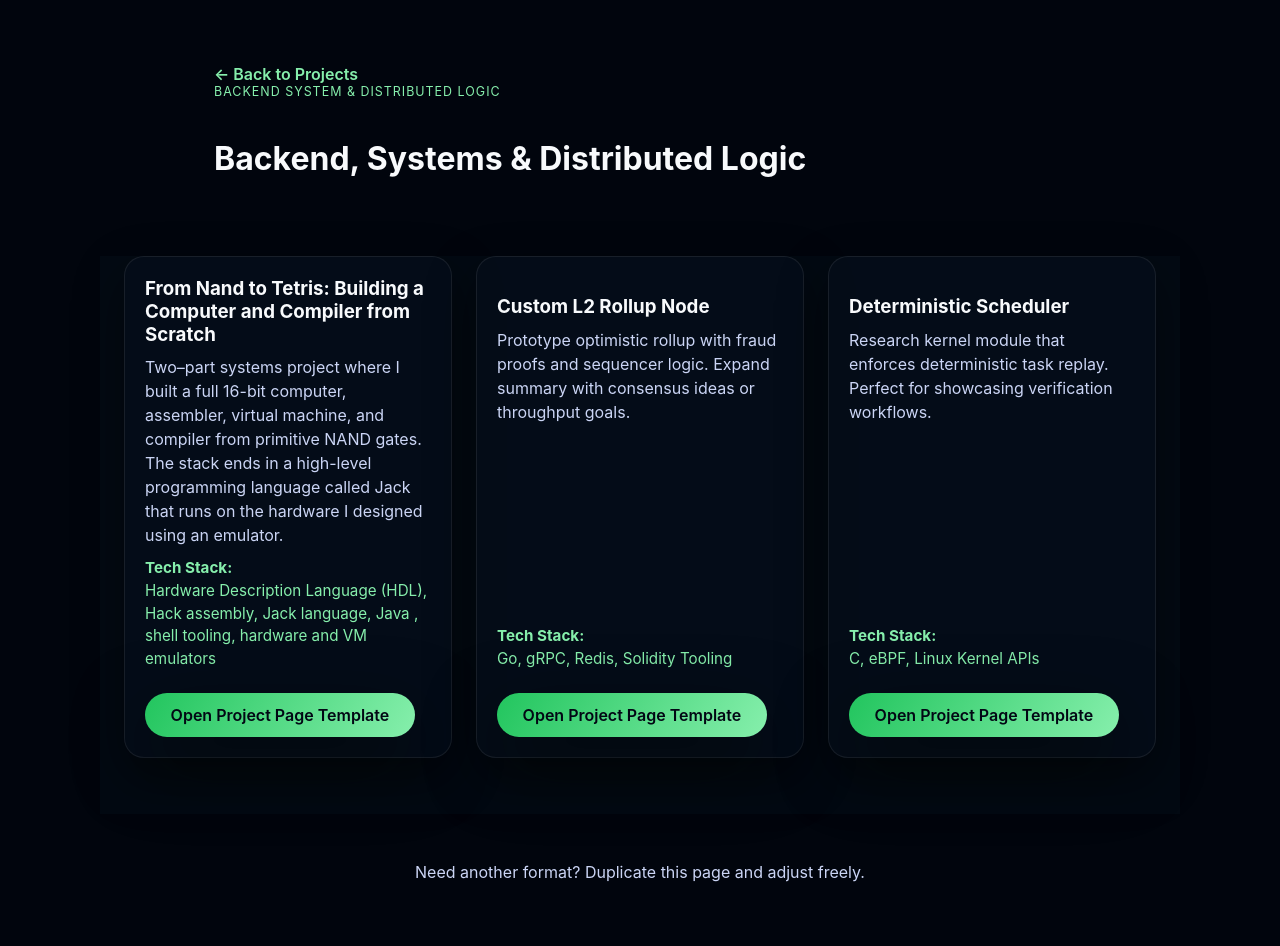
Repository: Abdulaziz-04/Abdulaziz-04.github.io
Page: projects/backend_systems.html
These files come from the project's save history. The page is drawn as it stood at one moment and after the next save; the edit follows.
The browser window is 1280 px wide. The pictures show the whole page.

Above is the page before, as saved 2025-11-20 22:15:22.

### projects/backend_systems.html
<!DOCTYPE html>
<html lang="en">
  <head>
    <meta charset="UTF-8" />
    <meta name="viewport" content="width=device-width, initial-scale=1" />
    <title>Backend, Systems &amp; Distributed Logic | Projects</title>
    <link rel="stylesheet" href="../assets/css/styles.css" />
  </head>
  <body class="category-page">
    <header class="category-hero">
      <a class="category-back" href="../index.html#projects"
        >&larr; Back to Projects</a
      >
      <a class="category-pill" href="../index.html#projects"
        >Backend System &amp; Distributed Logic</a
      >
      <br />
      <h1>Backend, Systems &amp; Distributed Logic</h1>
    </header>
    <main class="section category-section">
      <div class="project-modal-grid">
        <article class="project-modal-card">
          <div class="project-modal__body">
            <h3>
              From Nand to Tetris: Building a Computer and Compiler from Scratch
            </h3>
            <p class="project-modal__summary">
              Two–part systems project where I built a full 16-bit computer,
              assembler, virtual machine, and compiler from primitive NAND
              gates. The stack ends in a high-level programming language called
              Jack that runs on the hardware I designed using an emulator.
            </p>
            <p class="project-modal__tech">
              <strong>Tech Stack:</strong>
              Hardware Description Language (HDL), Hack assembly, Jack language,
              Java , shell tooling, hardware and VM emulators
            </p>
            <div class="project-modal__actions">
              <a
                class="btn primary"
                href="../deepdives/backend_systems/nand2tetris/nand2tetris.html"
                >Open Project Page Template</a
              >
            </div>
          </div>
        </article>

        <article class="project-modal-card">
          <div class="project-modal__body">
            <h3>Custom L2 Rollup Node</h3>
            <p class="project-modal__summary">
              Prototype optimistic rollup with fraud proofs and sequencer logic.
              Expand summary with consensus ideas or throughput goals.
            </p>
            <p class="project-modal__tech">
              <strong>Tech Stack:</strong> Go, gRPC, Redis, Solidity Tooling
            </p>
            <div class="project-modal__actions">
              <a class="btn primary" href="project-template.html"
                >Open Project Page Template</a
              >
            </div>
          </div>
        </article>

        <article class="project-modal-card">
          <div class="project-modal__body">
            <h3>Deterministic Scheduler</h3>
            <p class="project-modal__summary">
              Research kernel module that enforces deterministic task replay.
              Perfect for showcasing verification workflows.
            </p>
            <p class="project-modal__tech">
              <strong>Tech Stack:</strong> C, eBPF, Linux Kernel APIs
            </p>
            <div class="project-modal__actions">
              <a class="btn primary" href="project-template.html"
                >Open Project Page Template</a
              >
            </div>
          </div>
        </article>
      </div>
    </main>
    <footer class="category-footer">
      <p>Need another format? Duplicate this page and adjust freely.</p>
    </footer>
  </body>
</html>

### assets/css/styles.css
:root {
  --bg: #030a13;
  --bg-alt: #050f1f;
  --panel: #071425;
  --panel-soft: rgba(34, 197, 94, 0.08);
  --accent: #22c55e;
  --accent-strong: #86efac;
  --text: #f8fafc;
  --muted: #cbd5f5;
  --border: rgba(255, 255, 255, 0.08);
  --radius: 18px;
  --shadow: 0 25px 70px rgba(1, 8, 4, 0.55);
}

* {
  box-sizing: border-box;
}

body {
  margin: 0;
  min-height: 100vh;
  font-family: "Inter", "Segoe UI", system-ui, -apple-system, BlinkMacSystemFont,
    sans-serif;
  color: var(--text);
  background: radial-gradient(circle at 15% 35%, rgba(34, 197, 94, 0.15), transparent 45%),
    radial-gradient(circle at 80% 0%, rgba(134, 239, 172, 0.2), transparent 35%),
    #020718;
  scroll-behavior: smooth;
  padding-top: 0;
}

.modal-open {
  overflow: hidden;
}

main {
  background: var(--bg);
}

.section {
  max-width: 1080px;
  margin: 0 auto;
  padding: 3.5rem 1.5rem;
}

.site-header {
  margin: 0;
  padding: clamp(4rem, 12vw, 6rem) clamp(1.5rem, 6vw, 4rem) 3.5rem;
  background: linear-gradient(135deg, rgba(5, 18, 12, 0.9), rgba(3, 10, 19, 0.85)),
    radial-gradient(circle at top left, rgba(34, 197, 94, 0.25), transparent 55%);
  box-shadow: inset 0 1px 0 rgba(255, 255, 255, 0.05);
  min-height: 85vh;
  display: flex;
  align-items: center;
}

.hero-header {
  margin-top: 0;
  padding-top: clamp(4.5rem, 12vw, 7rem);
}

.top-nav {
  position: fixed;
  top: 0;
  left: 0;
  width: 100%;
  padding: 0.75rem clamp(1.25rem, 6vw, 4rem);
  background: rgba(4, 9, 20, 0.95);
  border-bottom: 1px solid rgba(255, 255, 255, 0.05);
  backdrop-filter: blur(14px);
  display: flex;
  align-items: center;
  justify-content: space-between;
  gap: 1rem;
  z-index: 50;
}

.top-nav__brand {
  font-size: 0.85rem;
  letter-spacing: 0.3em;
  text-transform: uppercase;
  color: var(--muted);
}

.top-nav__links {
  display: flex;
  align-items: center;
  gap: 0.9rem;
  flex-wrap: wrap;
}

.nav-link {
  text-decoration: none;
  color: var(--muted);
  font-weight: 600;
  letter-spacing: 0.08em;
  text-transform: uppercase;
  padding: 0.4rem 0.85rem;
  border-radius: 999px;
  transition: color 0.2s ease, background 0.2s ease;
}

.nav-link:hover {
  color: var(--text);
}

.nav-link.active {
  background: var(--accent);
  color: #03140c;
}

.hire-btn {
  cursor: pointer;
  background: var(--accent);
  color: black;
  padding: 0.95rem 2.4rem;
  font-size: 1.1rem;
  font-weight: 700;
  border: none;
  border-radius: 999px;
  box-shadow: 0 12px 28px rgba(34, 197, 94, 0.35);
}

.hero-grid {
  display: grid;
  grid-template-columns: minmax(0, 1.4fr) minmax(220px, 320px);
  gap: clamp(2rem, 4vw, 3.5rem);
  width: 100%;
  align-items: start;
}

.hero-text h1 {
  font-size: clamp(2.5rem, 5vw, 3.8rem);
  margin: 0.2rem 0 0.8rem;
}

.hero-lede {
  color: var(--muted);
  font-size: 1.05rem;
  max-width: 560px;
  line-height: 1.6;
}

.eyebrow {
  text-transform: uppercase;
  color: var(--accent-strong);
}

.hero-summary {
  margin: 1.5rem 0 1.75rem;
  color: var(--muted);
}

.summary-list {
  font-size: large;
  margin: 0;
  padding-left: 1.5rem;
}

.summary-list li {
  margin-bottom: 0.55rem;
  line-height: 1.5;
}

.hero-actions {
  display: flex;
  flex-wrap: wrap;
  gap: 1rem;
  width: 100%;
}

.hero-actions .hire-btn {
  padding: 1.1rem 2.8rem;
  font-size: 1.2rem;
}

.btn {
  display: inline-flex;
  align-items: center;
  justify-content: center;
  gap: 0.4rem;
  padding: 0.75rem 1.6rem;
  border-radius: 999px;
  text-decoration: none;
  font-weight: 600;
  transition: transform 0.2s ease, box-shadow 0.2s ease;
}

.btn.primary {
  background: linear-gradient(120deg, var(--accent), var(--accent-strong));
  color: #020714;
  box-shadow: var(--shadow);
}

.btn.secondary {
  border: 1px solid var(--accent);
  color: var(--accent-strong);
}

.btn:hover {
  transform: translateY(-2px);
}

.hero-photo {
  justify-self: center;
}

.hero-photo img {
  width: clamp(220px, 18vw, 280px);
  border-radius: 28px;
  border: 1px solid rgba(134, 239, 172, 0.2);
  box-shadow: 0 20px 60px rgba(0, 0, 0, 0.6);
  filter: saturate(1.05);
}

.section h2 {
  margin-top: 0;
  font-size: 2rem;
}

.experience-grid {
  display: grid;
  grid-template-columns: repeat(auto-fit, minmax(300px, 1fr));
  gap: 1.75rem;
}

.experience-title {
  display: flex;
  justify-content: space-between;
  align-items: center;
  gap: 1rem;
  font-size: 1.2rem;
}

.experience-title .role {
  color: var(--text); /* default text color */
  font-weight: 600;
}

.experience-title .org {
  color:#6DF9C9;
  white-space: nowrap;
}

.experience-card,
.project-card {
  background: linear-gradient(145deg, var(--panel), rgba(6, 14, 18, 0.9));
  border-radius: var(--radius);
  border: 1px solid var(--border);
  padding: 1.75rem;
  box-shadow: var(--shadow);
}

.timeline {
  border-left: 2px solid var(--border);
  margin-top: 1.25rem;
}

.timeline-item {
  padding-left: 1.75rem;
  margin-bottom: 1.75rem;
  position: relative;
}

.timeline-header {
  display: flex;
  justify-content: space-between;
  align-items: baseline;
  gap: 1rem;
}

.timeline-header h3 {
  margin: 0;
}

.education-title {
  display: flex;
  justify-content: space-between;
  gap: 0.75rem;
  align-items: baseline;
  flex-wrap: wrap;
}

.edu-gpa {
  color: var(--accent-strong);
  white-space: nowrap;
  font-size: 0.95rem;
}





.hire-modal {
  position: fixed;
  inset: 0;
  background: rgba(5, 9, 18, 0.8);
  display: flex;
  justify-content: center;
  align-items: center;
  z-index: 100;
}

.hire-modal[hidden] {
  display: none;
}

.hire-modal__panel {
  background: #050b16;
  border: 1px solid rgba(255, 255, 255, 0.08);
  border-radius: 22px;
  padding: 1.75rem;
  width: min(90%, 420px);
  box-shadow: 0 30px 80px rgba(0, 0, 0, 0.55);
  position: relative;
  color: var(--text);
}

.hire-modal__panel p {
  color: var(--muted);
}

.hire-modal__close {
  position: absolute;
  top: 0.5rem;
  right: 0.75rem;
  background: var(--accent);
  color: #02120b;
  border: none;
  font-size: 1.35rem;
  font-weight: 700;
  cursor: pointer;
  width: 2.25rem;
  height: 2.25rem;
  border-radius: 999px;
  display: inline-flex;
  align-items: center;
  justify-content: center;
  line-height: 1;
}

.hire-options {
  display: flex;
  flex-direction: column;
  gap: 0.75rem;
  margin-top: 1rem;
}

.hire-option {
  display: flex;
  justify-content: space-between;
  align-items: center;
  padding: 0.85rem 1rem;
  border-radius: 1rem;
  text-decoration: none;
  color: var(--text);
  border: 1px solid rgba(255, 255, 255, 0.08);
  background: rgba(255, 255, 255, 0.02);
  transition: background 0.2s ease, transform 0.2s ease;
}

.hire-option:hover {
  background: rgba(34, 197, 94, 0.18);
  transform: translateY(-2px);
}

.hire-option small {
  color: var(--muted);
  letter-spacing: 0.04em;
}

.hire-modal__action {
  margin-top: 1.5rem;
  width: 100%;
  text-align: center;
}

.timeline-item::before {
  content: "";
  width: 11px;
  height: 11px;
  border-radius: 999px;
  background: var(--accent);
  box-shadow: 0 0 16px rgba(34, 197, 94, 0.8);
  position: absolute;
  left: -6px;
  top: 4px;
}

.timeline-date {
  font-size: 0.85rem;
  letter-spacing: 0.1em;
  text-transform: uppercase;
  color: var(--muted);
}

.course-dropdown {
  margin-top: 1.5rem;
}

.course-toggle {
  width: 100%;
  background: transparent;
  border: 1px solid rgba(255, 255, 255, 0.08);
  border-radius: var(--radius);
  padding: 0.75rem 1.1rem;
  color: var(--text);
  font: inherit;
  font-weight: 600;
  letter-spacing: 0.04em;
  display: flex;
  justify-content: space-between;
  align-items: center;
  cursor: pointer;
  transition: border-color 0.2s ease, transform 0.2s ease, box-shadow 0.2s ease;
}

.course-toggle:hover {
  border-color: rgba(134, 239, 172, 0.7);
  box-shadow: 0 0 20px rgba(34, 197, 94, 0.25);
  transform: translateY(-1px);
}

.course-toggle__icon {
  font-size: 1.1rem;
  line-height: 1;
  transition: transform 0.25s ease;
}

.course-toggle[aria-expanded='true'] .course-toggle__icon {
  transform: rotate(45deg);
}

.course-panel {
  margin-top: 1rem;
  border-left: 2px solid rgba(134, 239, 172, 0.3);
  padding-left: 1.25rem;
}

.course-panel[hidden] {
  display: none;
}

.course-panel__body h4 {
  margin-top: 1rem;
  margin-bottom: 0.5rem;
}

.certifications-list {
  display: grid;
  gap: 1rem;
  margin-top: 1rem;
}

#certifications {
  scroll-margin-top: 140px;
}

.cert-list {
  list-style: none;
  padding: 0;
  margin: 0;
  display: flex;
  flex-direction: column;
  gap: 0.75rem;
}

.cert-title {
  font-weight: 700;
}

.cert-meta {
  font-size: 0.95rem;
  color: var(--muted);
}

.loading-text,
.loading-error {
  color: var(--muted);
  font-style: italic;
}

.loading-error {
  color: #fda4af;
}

.project-card--featured {
  display: flex;
  flex-wrap: wrap;
  gap: 1.5rem;
}

.project-media img {
  max-width: 280px;
  border-radius: var(--radius);
  border: 1px solid rgba(34, 197, 94, 0.3);
}

.project-grid {
  display: grid;
  grid-template-columns: repeat(auto-fit, minmax(240px, 1fr));
  gap: 1.25rem;
  margin-top: 1rem;
}

.projects-overview .projects-lede {
  color: var(--muted);
  max-width: 760px;
  margin-bottom: 2rem;
}

.project-category-grid {
  display: grid;
  grid-template-columns: repeat(auto-fit, minmax(260px, 1fr));
  gap: 1.5rem;
  margin-top: 2rem;
}

.project-category-card {
  border: 1px solid var(--border);
  border-radius: var(--radius);
  padding: 1.75rem;
  background: rgba(7, 19, 33, 0.85);
  display: flex;
  flex-direction: column;
  gap: 0.75rem;
  box-shadow: 0 15px 40px rgba(0, 0, 0, 0.35);
  min-height: 260px;
}

.category-pill {
  text-transform: uppercase;
  letter-spacing: 0.08em;
  font-size: 0.78rem;
  color: var(--accent-strong);
  margin: 0;
  display: block;
  min-height: 2.2em;
  text-decoration: none;
  cursor: pointer;
}

.project-category-card h3 {
  margin: 0;
  line-height: 1.35;
  min-height: 3.2em;
}

.project-category-card > p:not(.category-pill) {
  margin: 0;
  line-height: 1.5;
  min-height: 4.4em;
}

.category-link {
  align-self: flex-start;
  margin-top: auto;
}

.category-page {
  background: #01050d;
  color: var(--text);
  min-height: 100vh;
  margin: 0;
}

.category-hero {
  max-width: 900px;
  margin: 0 auto;
  padding: 4rem 1.5rem 2rem;
  text-align: left;
}

.category-hero h1 {
  margin-top: 0.5rem;
}

.category-back {
  text-decoration: none;
  color: var(--accent-strong);
  font-weight: 600;
}

.category-section {
  padding-top: 0;
}

.category-description {
  color: var(--muted);
  max-width: 720px;
}

.project-modal-grid {
  display: grid;
  grid-template-columns: repeat(auto-fit, minmax(280px, 1fr));
  gap: 1.5rem;
  margin-top: 1.5rem;
  align-items: stretch;
  grid-auto-rows: 1fr;
}

.project-modal-card {
  border: 1px solid rgba(255, 255, 255, 0.08);
  border-radius: 20px;
  padding: 1.25rem;
  background: rgba(5, 13, 25, 0.95);
  display: flex;
  flex-direction: column;
  gap: 1rem;
  box-shadow: 0 20px 50px rgba(0, 0, 0, 0.45);
  height: 100%;
}

.project-modal__body {
  display: grid;
  grid-template-rows: auto 1fr auto auto;
  gap: 0.6rem;
  height: 100%;
}

.project-modal-card h3 {
  margin: 0;
  min-height: 2.6rem;
  display: flex;
  align-items: flex-end;
}

.project-modal__body h3,
.project-modal__body p {
  margin: 0;
}

.project-modal__summary {
  color: var(--muted);
  line-height: 1.5;
  min-height: 0;
}

.project-modal__tech {
  font-size: 0.95rem;
  color: var(--accent-strong);
  min-height: 2.4rem;
  line-height: 1.5;
}

.project-modal__tech strong,
.project-modal__tech b {
  display: block;
}

.project-modal__actions {
  display: flex;
  gap: 0.75rem;
  flex-wrap: wrap;
  margin-top: auto;
  padding-top: 0.75rem;
}

.category-footer {
  text-align: center;
  color: var(--muted);
  padding: 2rem 1rem 3rem;
}

.project-detail-page {
  background: #01050d;
  color: var(--text);
  margin: 0;
}

.detail-hero {
  max-width: 960px;
  margin: 0 auto;
  padding: 4rem 1.5rem 2rem;
}

.detail-summary {
  color: var(--muted);
  font-size: 1.1rem;
}

.detail-meta {
  list-style: none;
  padding: 0;
  margin: 1.5rem 0 0;
  display: flex;
  flex-wrap: wrap;
  gap: 1rem 2rem;
  color: var(--accent-strong);
}

.detail-content {
  padding-top: 0;
}

.home-page p,
.home-page li,
.home-page .course-panel__body {
  text-align: justify;
}

.home-page .projects-overview p,
.home-page .project-category-card p {
  text-align: left;
}

.project-detail-page p,
.project-detail-page li {
  text-align: justify;
}

.detail-section {
  margin-bottom: 2.5rem;
}

.detail-gallery {
  display: flex;
  flex-direction: column;
  gap: 1.5rem;
}

.detail-gallery .gallery-row {
  display: flex;
  flex-direction: column;
  gap: 1.75rem;
  align-items: center;
}

.detail-gallery .gallery-row--two {
  width: 100%;
  display: grid;
  grid-template-columns: repeat(auto-fit, minmax(280px, 1fr));
  gap: 1.25rem;
  align-items: start;
}

.detail-gallery .gallery-item {
  flex: 0 0 auto;
  max-width: 880px;
  margin: 0 auto;
  text-align: center;
}

.detail-gallery .gallery-item figcaption {
  text-align: center;
}

.detail-gallery .gallery-item img {
  display: block;
  width: 100%;
  height: auto;
  border-radius: 12px;
  border: 1px solid rgba(255, 255, 255, 0.08);
  margin: 0 auto;
  transform: none;
}

.detail-video {
  display: block;
  width: 100%;
  max-width: 720px;
  height: auto;
  margin: 0 auto;
  border-radius: 12px;
  border: 1px solid rgba(255, 255, 255, 0.08);
  background: #000;
}

.detail-gallery__grid {
  display: grid;
  grid-template-columns: repeat(auto-fit, minmax(240px, 1fr));
  gap: 1.25rem;
}

.detail-gallery__grid img {
  width: 100%;
  border-radius: 14px;
  border: 1px solid rgba(255, 255, 255, 0.08);
}

.detail-snippet pre {
  background: #020714;
  padding: 1.25rem;
  border-radius: 16px;
  border: 1px solid rgba(255, 255, 255, 0.08);
  overflow-x: auto;
}

.code-emphasis {
  font-size: 1.4em;
}

.skills-list {
  display: flex;
  flex-wrap: wrap;
  gap: 0.65rem;
}

.skill-pill {
  --pill-bg: rgba(148, 163, 184, 0.15);
  --pill-color: #f8fafc;
  --pill-icon: rgba(255, 255, 255, 0.85);
  display: inline-flex;
  align-items: center;
  gap: 0.4rem;
  padding: 0.45rem 0.9rem;
  border-radius: 0.85rem;
  background: var(--pill-bg);
  color: var(--pill-color);
  font-size: 0.78rem;
  font-weight: 700;
  letter-spacing: 0.05em;
  text-transform: uppercase;
  border: 1px solid rgba(255, 255, 255, 0.06);
  box-shadow: 0 6px 14px rgba(0, 0, 0, 0.25);
}

.skill-pill i {
  font-size: 1rem;
  color: var(--pill-icon);
}

.site-footer {
  text-align: center;
  display: flex;
  justify-content: center;
  padding: 2.5rem 1rem 3rem;
  color: var(--muted);
  border-top: 1px solid var(--border);
  background: linear-gradient(180deg, rgba(5, 9, 18, 0.98), rgba(2, 7, 24, 0.95));
  margin-top: 0;
  box-shadow: 0 -18px 45px rgba(0, 0, 0, 0.45);
}

.site-footer p {
  margin: 0;
}

@media (max-width: 1024px) {
  .hero-grid {
    grid-template-columns: 1fr;
    text-align: center;
  }

  .hero-photo {
    order: -1;
  }

  .top-nav {
    flex-direction: column;
    align-items: flex-start;
    gap: 0.5rem;
  }

  .top-nav__links {
    width: 100%;
    justify-content: flex-start;
    gap: 0.5rem;
  }

  .hire-btn {
    width: 100%;
    text-align: center;
  }
}

@media (max-width: 640px) {
  .hero-header {
    padding-top: 9rem;
  }

  .experience-title {
    flex-direction: column;
    align-items: flex-start;
    gap: 0.35rem;
    font-size: 1.05rem;
  }

  .experience-title .org {
    white-space: normal;
    width: 100%;
  }
}


/* Medium size for first GIF */
.gallery-item--medium {
  text-align: center;
}

.gallery-item--medium img {
  max-width: 720px;
  width: 100%;
  height: auto;
  display: block;
  margin: 0 auto;
}

.gallery-item figcaption {
  margin-top: 0.95rem;
  color: var(--muted);
  line-height: 1.5;
}

.hero-screens {
  display: flex;
  flex-wrap: wrap;
  justify-content: center;
  align-items: flex-start;
  gap: 1.25rem;
}

.hero-screens .gallery-item {
  max-width: 220px;
  width: 100%;
  display: flex;
  flex-direction: column;
  align-items: center;
}

.hero-screens .gallery-item img {
  width: 100%;
  height: 420px;
  display: block;
  margin: 0 auto;
  object-fit: contain;
}

.hero-screens .gallery-item figcaption {
  text-align: center;
  margin-top: 0.75rem;
}


a {
  color: #b6f5c9;
}

a:hover {
  color: #8ef0af;
}

After the next save:
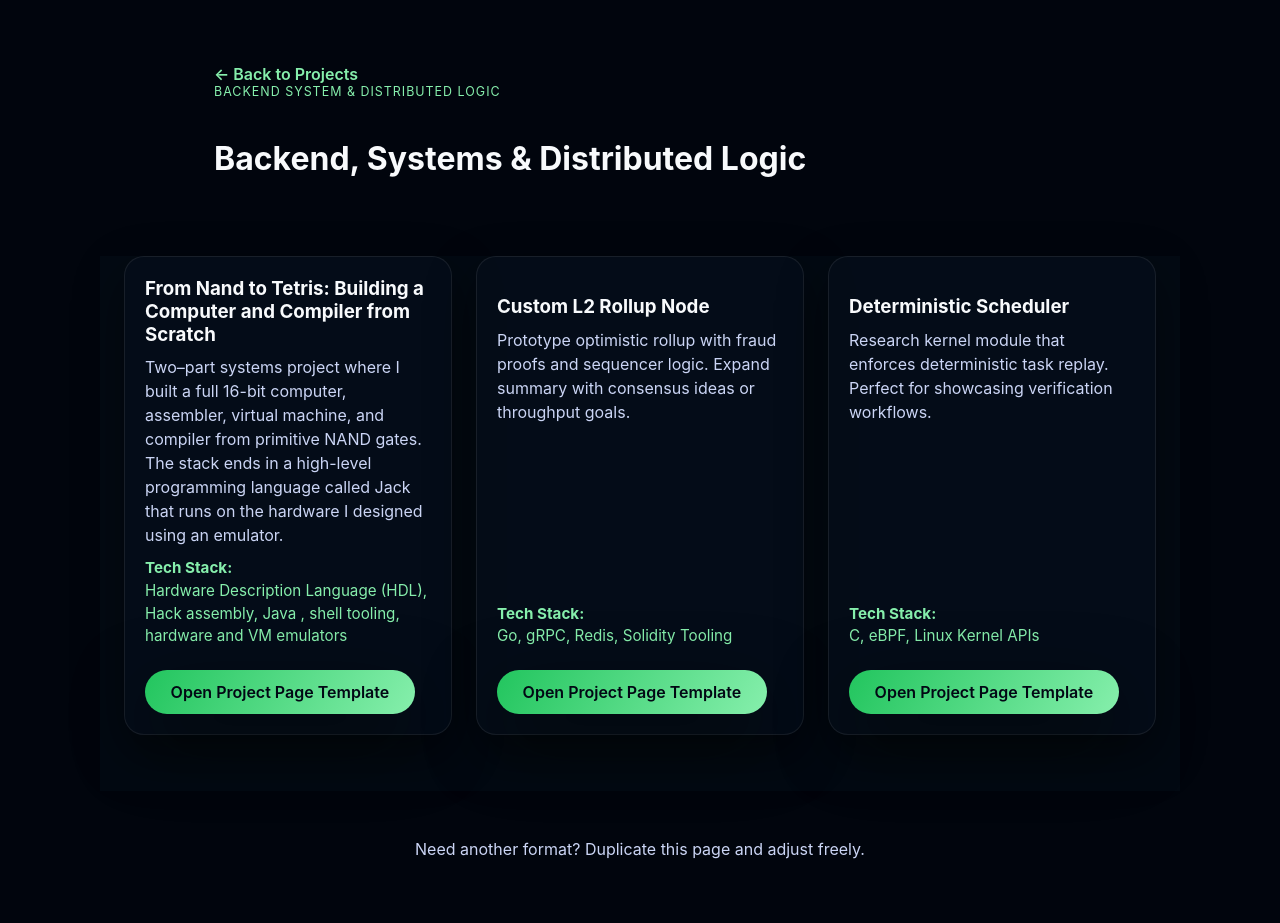
Saved 23 s later.
--- a/projects/backend_systems.html
+++ b/projects/backend_systems.html
@@ -32,8 +32,8 @@
             </p>
             <p class="project-modal__tech">
               <strong>Tech Stack:</strong>
-              Hardware Description Language (HDL), Hack assembly, Jack language,
-              Java , shell tooling, hardware and VM emulators
+              Hardware Description Language (HDL), Hack assembly, Java , shell
+              tooling, hardware and VM emulators
             </p>
             <div class="project-modal__actions">
               <a
